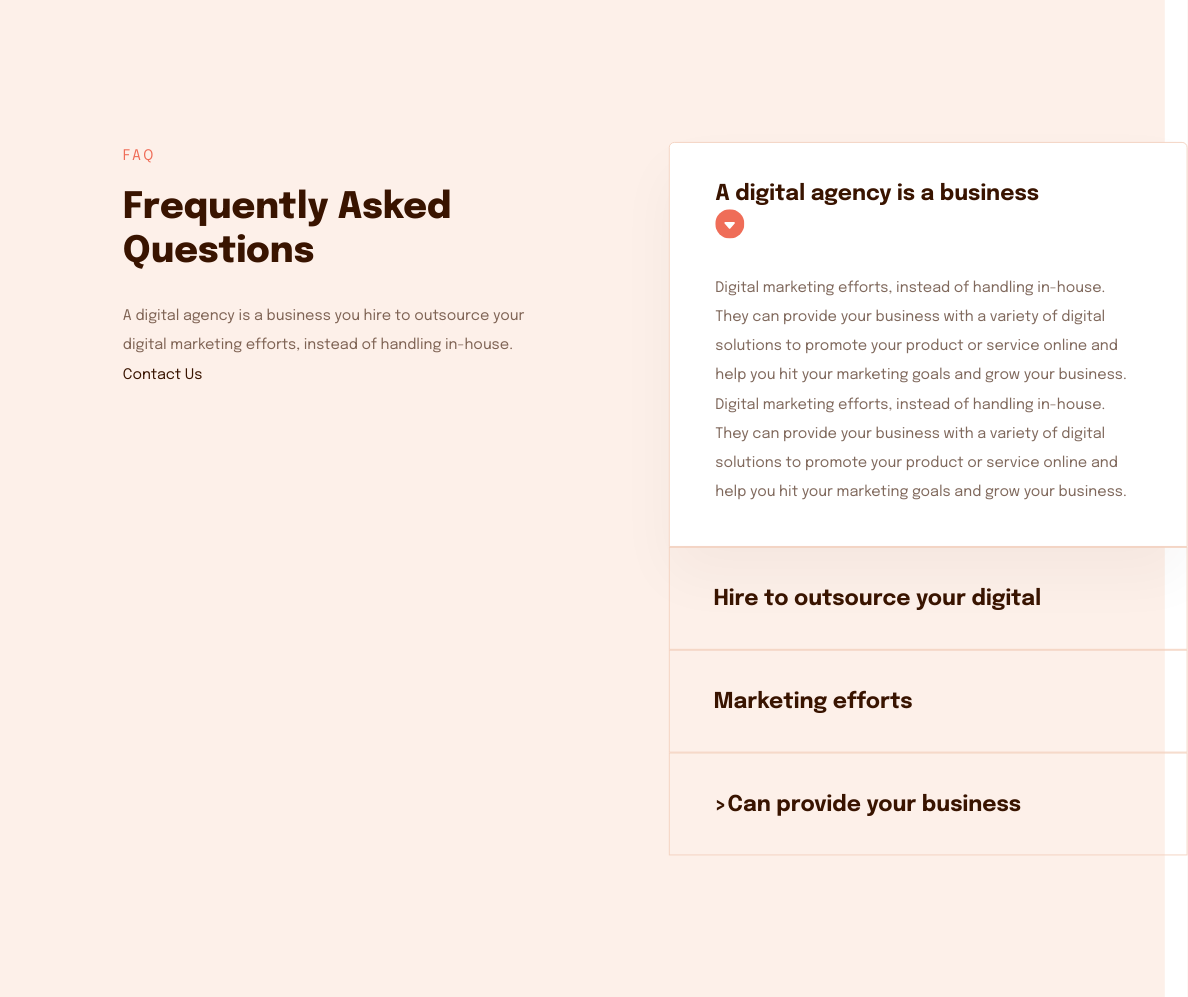
Repository: MehdiKerimov/Figma-task-10
Page: pages/faq/index.html
An editor plug-in stored every save of this project. The page is shown before and after the next save, followed by the edit.
The browser window is 1280 px wide. The page is 1305 px wide, so the pictures cover 1305 px, including what lies to the right of the window. The pictures show the whole page, at 91% of full size.

Above is the page before, as saved 2023-09-09 15:35:12.

After the next save:
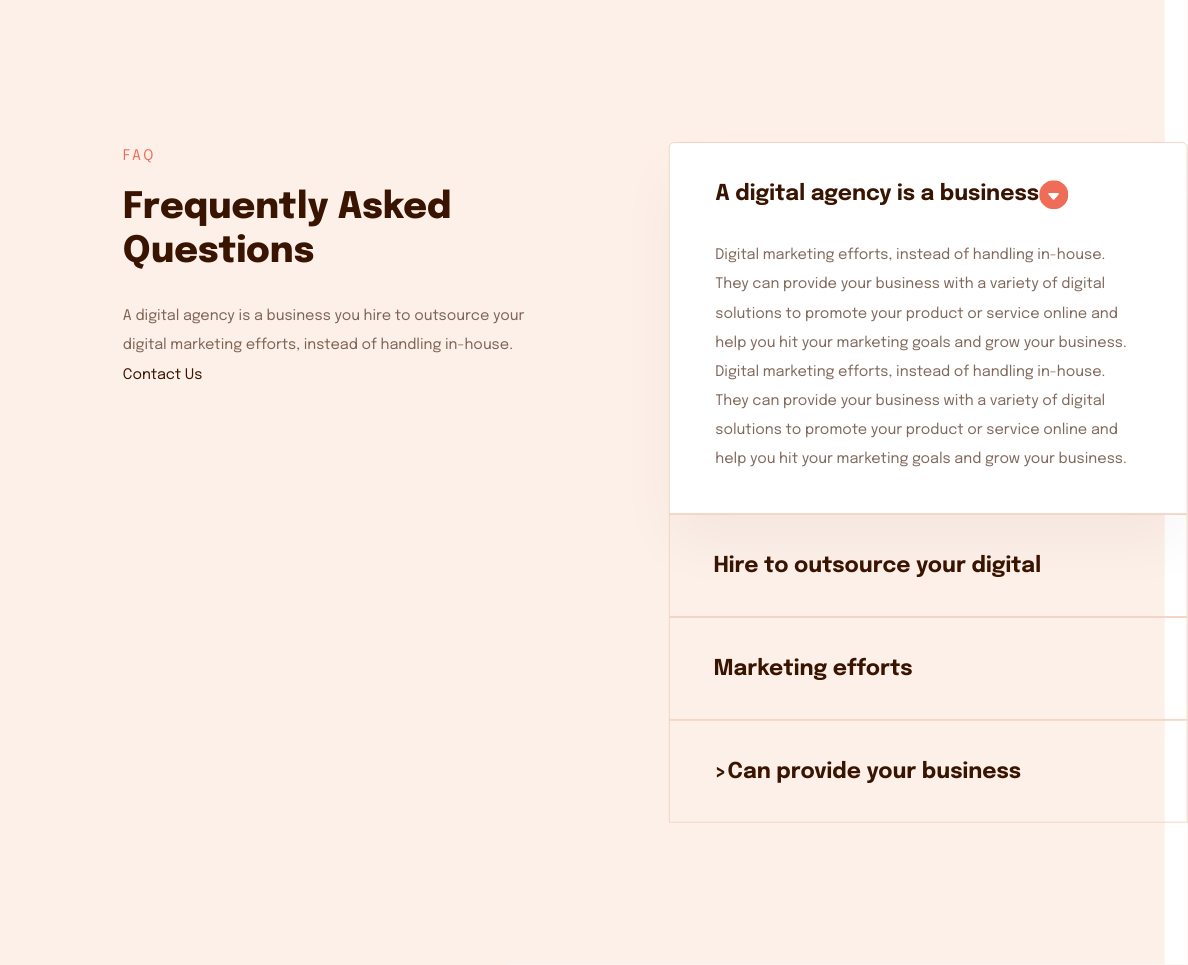
Saved 8 s later.
--- a/pages/faq/index.css
+++ b/pages/faq/index.css
@@ -98,4 +98,6 @@
   font-weight: 700;
   line-height: 32px;
 }
-.container
+.container ul li .collaj{
+  display: flex;
+}
